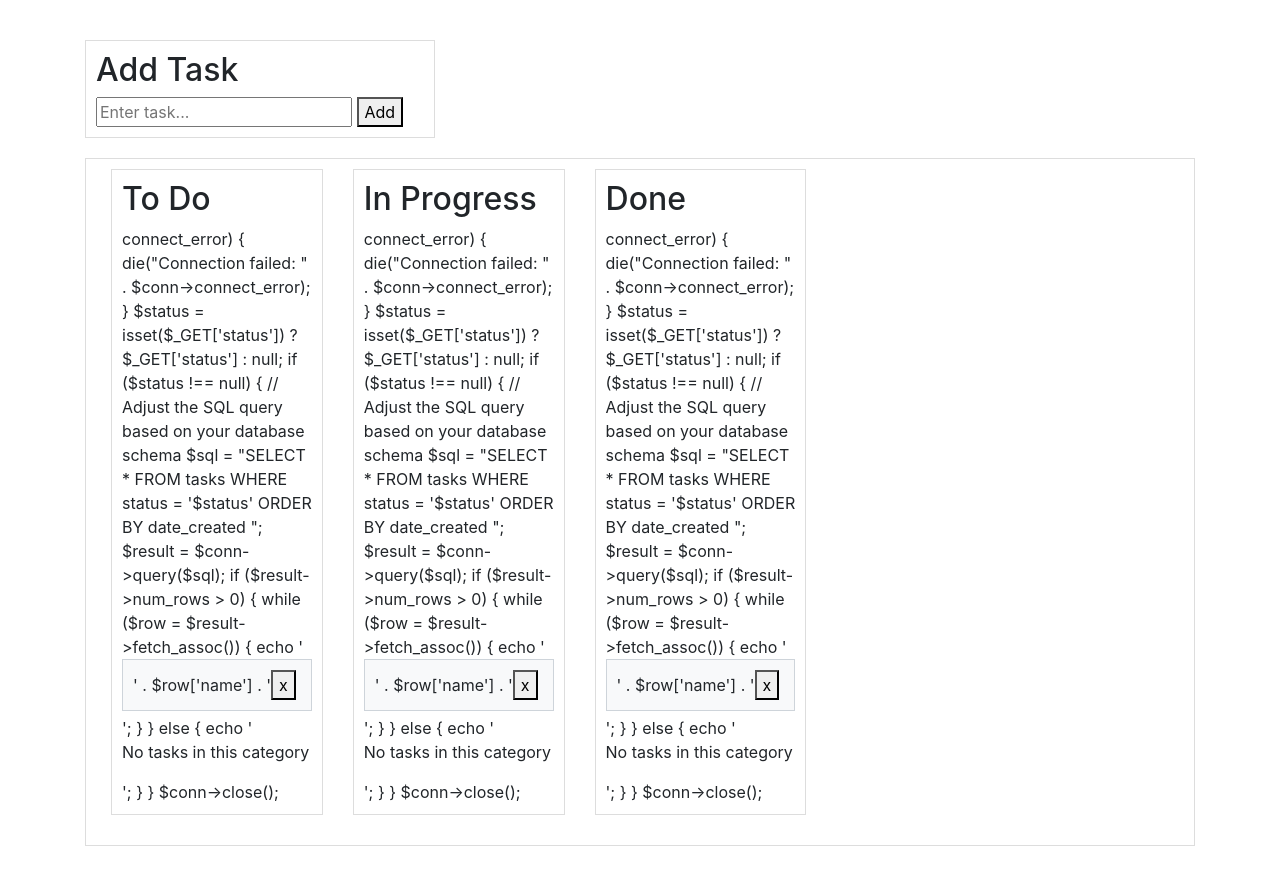
Repository: ZakariaZhlat125/test-rar-it
Page: index.html
The author's editor kept a copy of each file at every save. The page is drawn from the files as they stood at one save, then again after the next save.
The browser window is 1280 px wide. The pictures show the whole page.
Some web libraries are served in a nearby version.

Above is the page before, as saved 2024-03-01 22:55:29.

### index.html
<!DOCTYPE html>
<html lang="en">
  <head>
    <meta charset="UTF-8" />
    <meta name="viewport" content="width=device-width, initial-scale=1.0" />
    <link
      href="https://stackpath.bootstrapcdn.com/bootstrap/4.5.0/css/bootstrap.min.css"
      rel="stylesheet"
    />
    <link rel="stylesheet" href="styles.css" />
    <title>Drag and Drop To-Do List</title>
  </head>
  <body>
    <div class="container">
      <div class="row">
        <div class="col-md-4">
          <div
            id="add-task"
            class="task-list"
            ondrop="drop(event)"
            ondragover="allowDrop(event)"
          >
            <h2>Add Task</h2>
            <input type="text" id="taskInput" placeholder="Enter task..." />
            <button onclick="addTask()">Add</button>
          </div>
        </div>
      </div>
      <div class="bigbox">
        <div class="col-md-8">
          <div class="row">
            <div class="col-md-4">
              <div
                id="todo"
                class="task-list"
                ondrop="drop(event)"
                ondragover="allowDrop(event)"
              >
                <h2>To Do</h2>
                <!-- Display tasks from the database -->
                <div id="todo-tasks-container"></div>
              </div>
            </div>
            <div class="col-md-4">
              <div
                id="in-progress"
                class="task-list"
                ondrop="drop(event)"
                ondragover="allowDrop(event)"
              >
                <h2>In Progress</h2>
                <!-- Display tasks from the database -->
                <div id="in-progress-tasks-container"></div>
              </div>
            </div>
            <div class="col-md-4">
              <div
                id="done"
                class="task-list"
                ondrop="drop(event)"
                ondragover="allowDrop(event)"
              >
                <h2>Done</h2>
                <!-- Display tasks from the database -->
                <div id="done-tasks-container"></div>
              </div>
            </div>
          </div>
        </div>
      </div>
    </div>

    <script src="https://code.jquery.com/jquery-3.5.1.min.js"></script>
    <script src="https://cdn.jsdelivr.net/npm/@popperjs/core@2.10.2/dist/umd/popper.min.js"></script>
    <script src="https://stackpath.bootstrapcdn.com/bootstrap/4.5.0/js/bootstrap.min.js"></script>
    <script src="script.js"></script>
  </body>
</html>

### styles.css
body {
  margin: 20px;
  padding: 20px;
}
.container {
display: flex;
flex-direction: column;
}
.bigbox {
  border: 1px solid #ddd;
  padding: 10px;
  display: flex;
  justify-content: space-between;
}
.task-list {
  border: 1px solid #ddd;
  padding: 10px;
  margin-bottom: 20px;
}

.task-item {
  background-color: #f8f9fa;
  border: 1px solid #ced4da;
  margin-bottom: 5px;
  padding: 10px;
  cursor: grab;
}

### script.js
$(document).ready(function () {
  // Fetch and display tasks from the database on page load
  fetchAndDisplayTasks("todo", "todo-tasks-container");
  fetchAndDisplayTasks("in-progress", "in-progress-tasks-container");
  fetchAndDisplayTasks("done", "done-tasks-container");
});

function fetchAndDisplayTasks(listId, containerId) {
  $.ajax({
    type: "GET",
    url: "fetch_tasks.php", // Adjust the URL based on your server-side implementation
    data: { status: listId },
    success: function (response) {
      // Append tasks to the specified container
      $("#" + containerId).html(response);
      addDeleteButtons();
      addDragListeners();
    },
    error: function (xhr, status, error) {
      console.error("Error fetching tasks: " + xhr.responseText);
    },
  });
}

function addDragListeners() {
  // Add dragstart event listener to each task
  $(".task-item").on("dragstart", function (event) {
    event.originalEvent.dataTransfer.setData("text", event.target.id);
  });

  // Add drop event listener to each task list
  $(".task-list").on("drop", function (event) {
    event.preventDefault();
    var data = event.originalEvent.dataTransfer.getData("text");
    console.log(data);
    var draggedElement = $("#" + data);

    // Get the target task list
    var targetList = $(event.target).closest(".task-list");

    // Append the dragged element to the target task list
    if (targetList) {
      targetList.append(draggedElement);
      // Update the status in the database
      updateTaskStatus(draggedElement.attr("id"), targetList.attr("id"));
    }
  });

  // Add dragover event listener to each task list
  $(".task-list").on("dragover", function (event) {
    event.preventDefault();
  });
  $(".delete-btn").on("dragstart", function (event) {
    event.stopPropagation();
  });
}
function allowDrop(event) {
  event.preventDefault();
}

function drag(event) {
  event.dataTransfer.setData("text", event.target.id);
}

function drop(event) {
  event.preventDefault();
  var data = event.dataTransfer.getData("text");
  var draggedElement = document.getElementById(data);

  // Get the target task list
  var targetList = event.target.closest(".task-list");

  // Append the dragged element to the target task list
  if (targetList) {
    targetList.appendChild(draggedElement);
  }

  // TODO: Check if the target list is the "Add Task" box and handle accordingly
  if (targetList.id === "add-task") {
    // Add task handling logic here
    addTask(draggedElement.textContent);
  }

  // TODO: Save data to the database using AJAX and update the server-side records
  saveTaskToDatabase();
}

function addTask(taskText) {
  var taskInput = document.getElementById("taskInput");
  var taskText = taskInput.value.trim();

  if (taskText !== "") {
    // Create a new task item
    var newTask = document.createElement("div");
    newTask.textContent = taskText;
    newTask.className = "task-item";
    newTask.draggable = true;
    newTask.id = "task" + Math.floor(Math.random() * 1000);
    // Make the newly added task draggable
    newTask.setAttribute("draggable", true);
    newTask.setAttribute("ondragstart", "drag(event)");

    // Append the new task to the "Add Task" box
    var addTaskBox = document.getElementById("add-task");
    addTaskBox.appendChild(newTask);

    // Clear the input field
    taskInput.value = "";

    // Save the task to the database
    saveTaskToDatabase(newTask.textContent);
  }
}

function saveTaskToDatabase(taskText) {
  // TODO: Implement AJAX to save the task to the database
  $.ajax({
    type: "POST",
    url: "save.php",
    data: {
      taskText: taskText,
      action: "addTask", // Indicate that this is an add task action
    },
    success: function (response) {
      console.log(response);
    },
    error: function (xhr, status, error) {
      console.error("Error: " + xhr.responseText);
    },
  });
  addDragListeners();
}

function updateTaskStatus(taskId, status) {
  $.ajax({
    type: "POST",
    url: "update_status.php",
    data: {
      taskId: taskId,
      status: status,
    },
    success: function (response) {
      console.log(response);
    },
    error: function (xhr, status, error) {
      console.error("Error updating task status: " + xhr.responseText);
    },
  });
}

////  delete  /////
function addDeleteButtons() {
  // Add a delete button to each task
  $(".task-item").each(function () {
    // Check if the delete button is already added to the task
    if ($(this).find(".delete-btn").length === 0) {
      var deleteButton = $("<button>")
        .addClass("delete-btn")
        .text("x")
        .click(function () {
          deleteTask($(this).closest(".task-item"));
        });

      $(this).append(deleteButton);
    }
  });
}

function deleteTask(taskItem) {
  var taskId = taskItem.attr("id");

  // TODO: Remove the task from the database using AJAX and update the server-side records
  removeTaskFromDatabase(taskId);

  // Remove the task item from the DOM
  taskItem.remove();
}

function removeTaskFromDatabase(taskId) {
  // TODO: Implement AJAX to remove the task from the database
  $.ajax({
    type: "POST",
    url: "remove.php",
    data: {
      taskId: taskId,
      action: "removeTask", // Indicate that this is a remove task action
    },
    success: function (response) {
      console.log(response);
    },
    error: function (xhr, status, error) {
      console.error("Error: " + xhr.responseText);
    },
  });
}

After the next save:
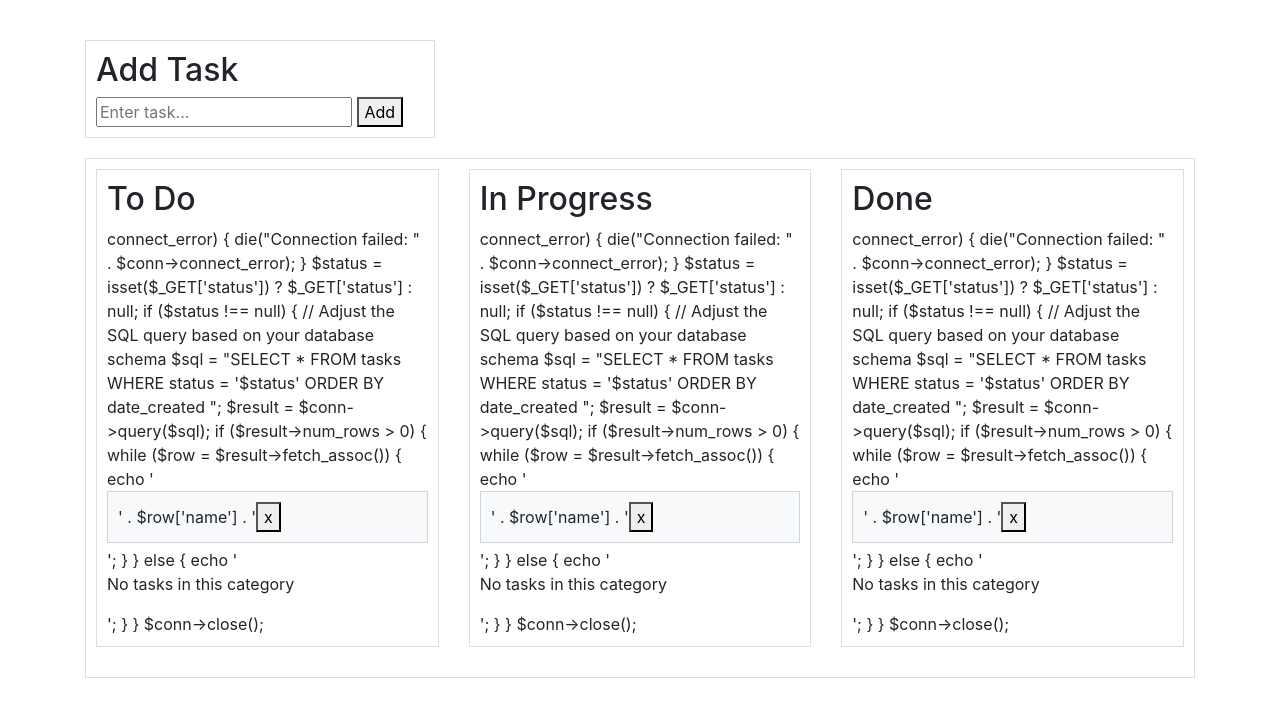
Saved 16 s later.
--- a/index.html
+++ b/index.html
@@ -27,43 +27,41 @@
         </div>
       </div>
       <div class="bigbox">
-        <div class="col-md-8">
-          <div class="row">
-            <div class="col-md-4">
-              <div
-                id="todo"
-                class="task-list"
-                ondrop="drop(event)"
-                ondragover="allowDrop(event)"
-              >
-                <h2>To Do</h2>
-                <!-- Display tasks from the database -->
-                <div id="todo-tasks-container"></div>
-              </div>
+        <div class="row">
+          <div class="col-md-4">
+            <div
+              id="todo"
+              class="task-list"
+              ondrop="drop(event)"
+              ondragover="allowDrop(event)"
+            >
+              <h2>To Do</h2>
+              <!-- Display tasks from the database -->
+              <div id="todo-tasks-container"></div>
             </div>
-            <div class="col-md-4">
-              <div
-                id="in-progress"
-                class="task-list"
-                ondrop="drop(event)"
-                ondragover="allowDrop(event)"
-              >
-                <h2>In Progress</h2>
-                <!-- Display tasks from the database -->
-                <div id="in-progress-tasks-container"></div>
-              </div>
+          </div>
+          <div class="col-md-4">
+            <div
+              id="in-progress"
+              class="task-list"
+              ondrop="drop(event)"
+              ondragover="allowDrop(event)"
+            >
+              <h2>In Progress</h2>
+              <!-- Display tasks from the database -->
+              <div id="in-progress-tasks-container"></div>
             </div>
-            <div class="col-md-4">
-              <div
-                id="done"
-                class="task-list"
-                ondrop="drop(event)"
-                ondragover="allowDrop(event)"
-              >
-                <h2>Done</h2>
-                <!-- Display tasks from the database -->
-                <div id="done-tasks-container"></div>
-              </div>
+          </div>
+          <div class="col-md-4">
+            <div
+              id="done"
+              class="task-list"
+              ondrop="drop(event)"
+              ondragover="allowDrop(event)"
+            >
+              <h2>Done</h2>
+              <!-- Display tasks from the database -->
+              <div id="done-tasks-container"></div>
             </div>
           </div>
         </div>
